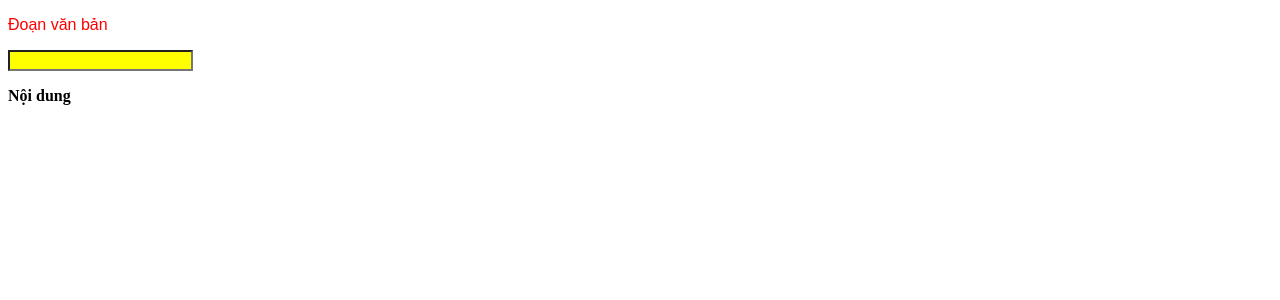
Repository: vnmk1/jsp_servlet-tutorials
Page: Bai3_CSS/src/main/webapp/vidu.html
An editor plug-in stored every save of this project. The page is shown before and after the next save, followed by the edit.
The browser window is 1280 px wide. The pictures show the whole page.

Above is the page before, as saved 2023-07-15 10:39:36.

After the next save:
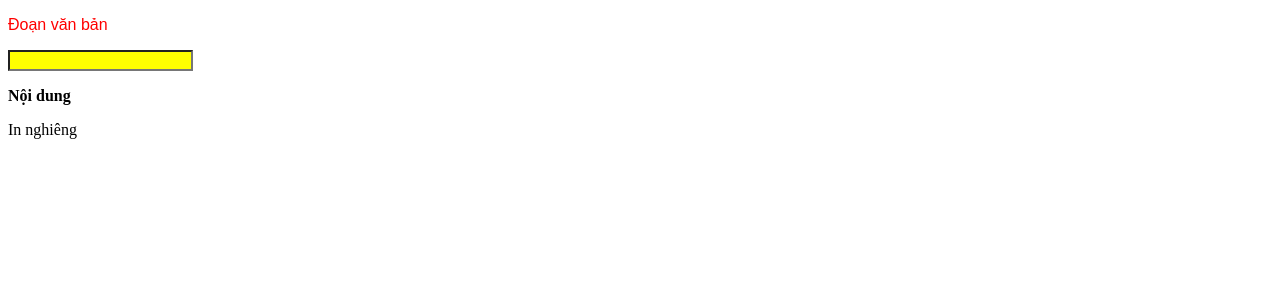
Saved 4 min 18 s later.
--- a/Bai3_CSS/src/main/webapp/vidu.html
+++ b/Bai3_CSS/src/main/webapp/vidu.html
@@ -15,5 +15,6 @@
 	<input type="text" style="background-color: yellow;" />
 
 	<p id="indam">Nội dung</p>
+	<p class="innghieng">In nghiêng</p>
 </body>
 </html>
